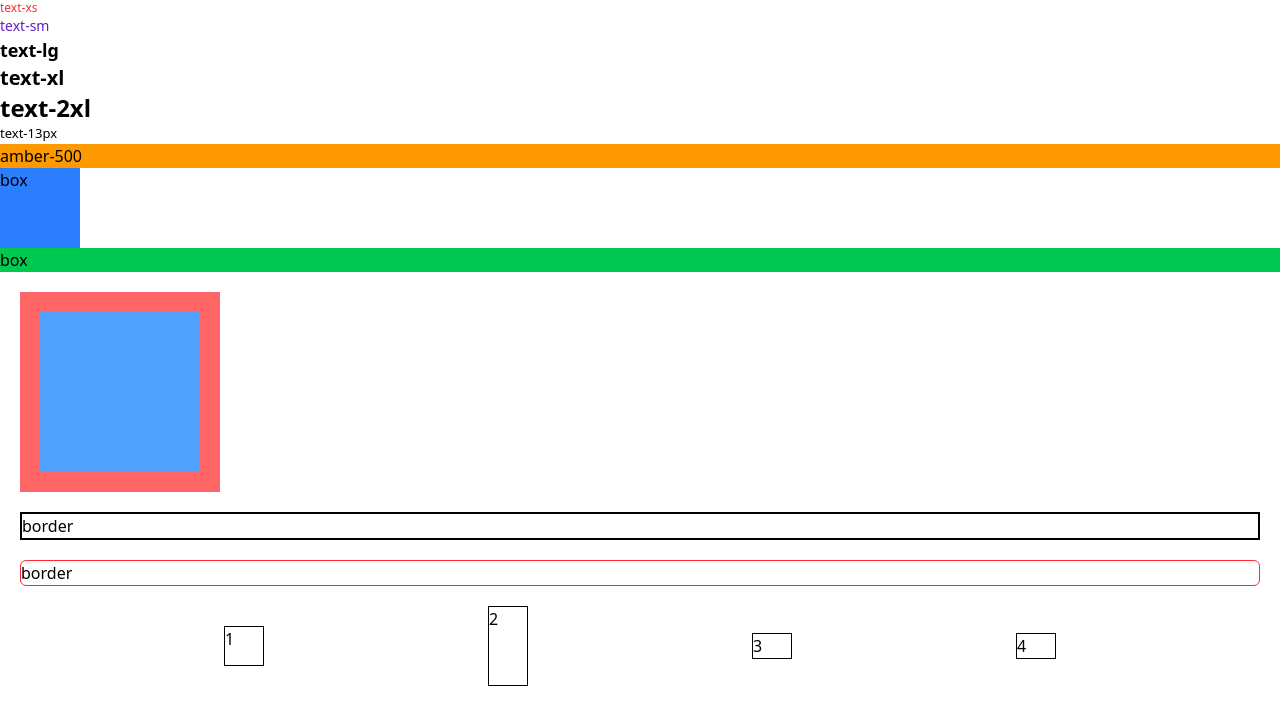
Repository: kkhhjjoo/onebite-tailwind
Page: /
The author's editor kept a copy of each file at every save. The page is drawn from the files as they stood at one save, then again after the next save.
The browser window is 1280 px wide. The pictures show the whole page.
The project was rebuilt for these pictures with package versions that can differ from the ones it lists, and the page was loaded fresh each time. Also part of the build but not shown: vite.config.ts, src/App.css.

Above is the page before, as saved 2025-12-24 20:04:37.

### src/main.tsx
import { createRoot } from 'react-dom/client'
import './index.css'
import App from './App.tsx'

createRoot(document.getElementById('root')!).render(<App />);

### src/App.tsx
import "./App.css";

function App() {
  return (
    <div>
      {/* 1. 타이포그래프 */}
      <div className="text-xs text-red-500">text-xs</div>
      <div className="text-sm text-[rgb(100,30,200)]">text-sm</div>
      <div className="text-lg font-bold">text-lg</div>
      <div className="text-xl font-extrabold">text-xl</div>
      <div className="text-2xl font-black">text-2xl</div>
      <div className="text-[13px]">text-13px</div>

      {/* 2. 백그라운드 컬러 */}
      <div className="bg-amber-500">amber-500</div>

      {/* 3. 사이즈 */}
      <div className="h-20 w-20 bg-blue-500">box</div>
      <div className="w-full bg-green-500">box</div>

      {/* 4. 여백 */}
      {/* <div className="h-50 w-50 bg-red-400 pt-5 pr-5 pb-5 pl-5"> */}
      <div className="m-5 h-50 w-50 bg-red-400 px-5 py-5">
        <div className="h-full w-full bg-blue-400"></div>
      </div>

      {/* 5. 보더 */}
      <div className="m-5 border-x-2 border-y-2">border</div>
      <div className="m-5 rounded-md border-t border-r border-b border-l border-red-500">
        border
      </div>

      {/* 6. 플렉스 컨테이너 */}
      <div className="flex items-center justify-evenly">
        <div className="h-10 w-10 border">1</div>
        <div className="h-20 w-10 border">2</div>
        <div className="w-10 border">3</div>
        <div className="w-10 border">4</div>
      </div>
    </div>
  );
}

export default App;

Loaded but not shown: index.html (common file); src/index.css (common file)

After the next save:
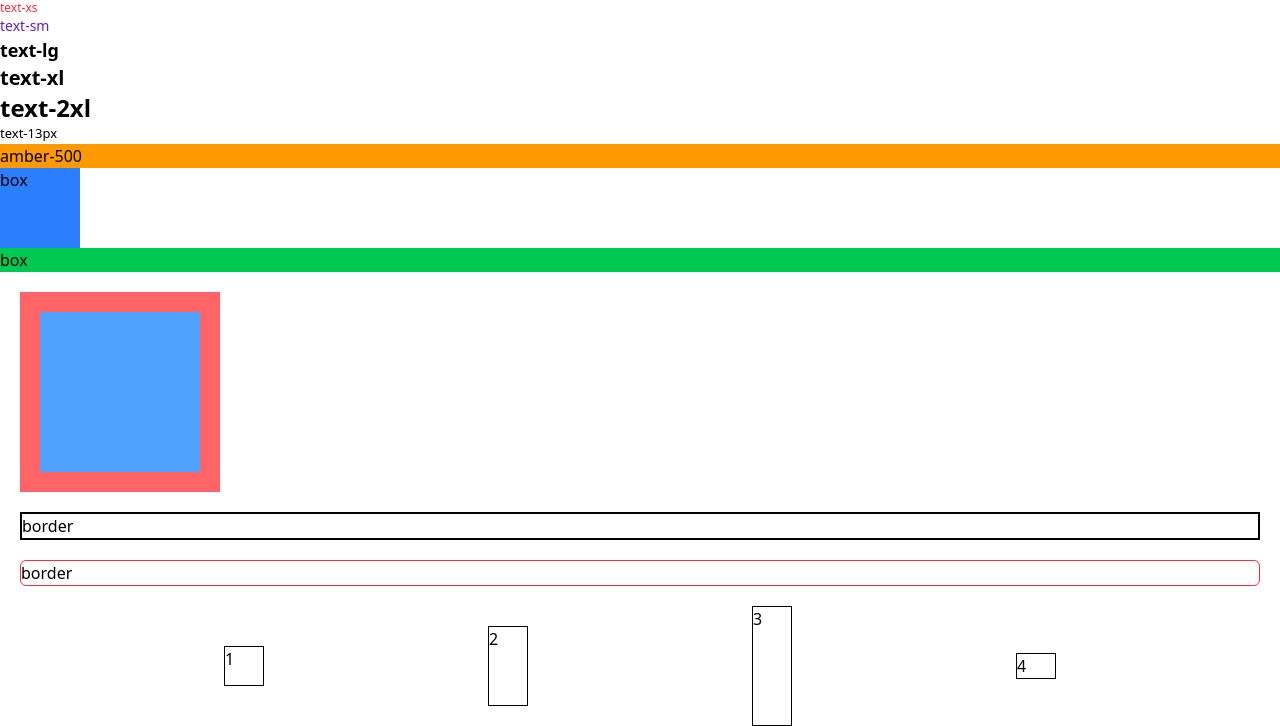
Saved 7 s later.
--- a/src/App.tsx
+++ b/src/App.tsx
@@ -34,7 +34,7 @@ function App() {
       <div className="flex items-center justify-evenly">
         <div className="h-10 w-10 border">1</div>
         <div className="h-20 w-10 border">2</div>
-        <div className="w-10 border">3</div>
+        <div className="h-30 w-10 border">3</div>
         <div className="w-10 border">4</div>
       </div>
     </div>
